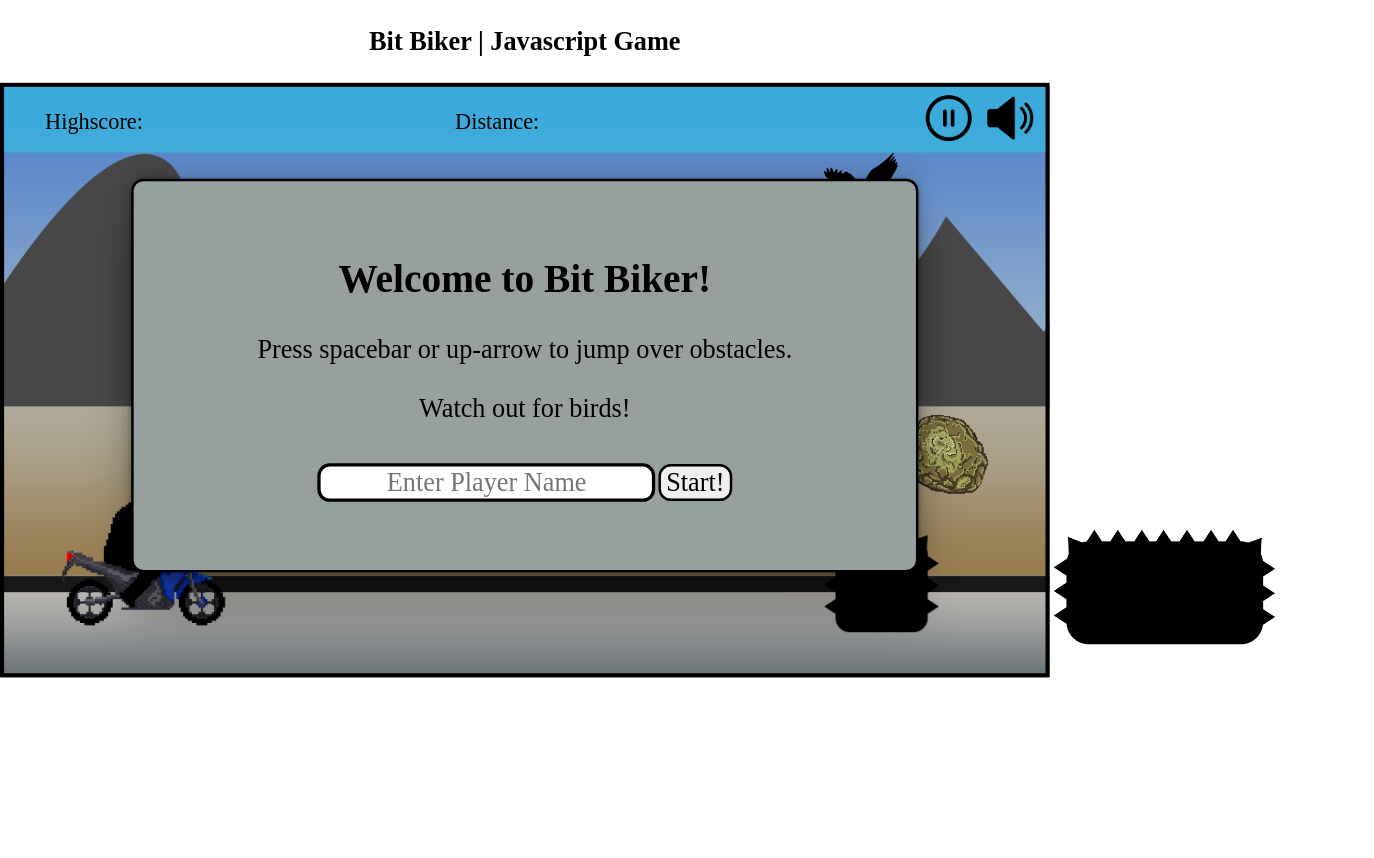
Repository: jellymel0n/bit-biker
Page: index.html
These files come from the project's save history. The page is drawn as it stood at one moment and after the next save; the edit follows.
The browser window is 1280 px wide. The page is 1555 px wide, then 1675 px, so the pictures cover 1675 px, including what lies to the right of the window. The pictures show the whole page, at 82% of full size.

Above is the page before, as saved 2021-07-07 14:39:27.

### index.html
<!DOCTYPE html>
<html lang="en">
<head>
    <meta charset="UTF-8">
    <meta http-equiv="X-UA-Compatible" content="IE=edge">
    <meta name="viewport" content="width=device-width, initial-scale=1.0">
    <!-- CSS reset/normalize -->
    <link rel="stylesheet" href="styles/normalize-fwd.css">
    <!-- Local CSS -->
    <link rel="stylesheet" href="styles/styles.css">
    <title>Bit Biker | Javascript Game</title>
</head>
<body>
    <h1>Bit Biker | Javascript Game</h1>

    <main id="game-board">
        <div id="song">
            <audio id='song-playback' currentTime=''>
                <source src="assets/music/run-song.mp3" type="audio/mp3" />
                Your browser does not support audio playback
            </audio>
        </div>
        <!-- Game board header -->
        <div id='game-header'>
            <p id='highscore-text'>Highscore: </p>
            <p id='distance-text'>Distance: </p>
            <div id='btn-pause'>
                <img src="assets/graphics/icons/pause.png" alt="pause button, circle around a pause icon">
            </div>
            <div id='btn-volume'>
                <img src="assets/graphics/icons/volume.png" alt="volume button, speaker icon">
            </div>
            <div id="btn-mute">
                <img src='assets/graphics/icons/mute.png' alt='mute button, speaker icon crossed out'>
            </div>
        </div>
        <!-- End of game board header -->

        <!-- Splash screen - intro -->
        <div id='splash-screen'>
            <h2 id='splash-header'>Welcome to Bit Biker!</h2>
            <p id='splash-text'>Press spacebar or up-arrow to jump over obstacles.<br><br>Watch out for birds!</p>

            <div id="splashInput">
                <input id='player-name' type='text' placeholder='Enter Player Name'>
                <button id='savePlayer'>Start!</button>
            </div>
        </div>
        <!-- End of splash screen -->

        <!-- Pause Screen -->
        <div id="pause-screen">
            <h2>Game Paused</h2>
            <p id='pause-text'>
                To get gameplay instructions click the "Help" button<br>
                To quit the game and go back to the splash screen click "Quit".<br>
                To go back to the game, click "X" in the top corner.</p>
            <div id="pause-close">
                <img src="assets/graphics/icons/remove.png" alt="Close icon, an X with a circle around it.">
            </div>
            <div id="pause-btns">
                <div id="help-btn">
                    <p id="help-btn-text">Help</p>
                </div>
                <div id="quit-btn">
                    <p id="quit-text">Quit</p>
                </div>
            </div>
        </div>
        <!-- End of Pause Screen -->

        <!-- Help Screen -->
        <div id="help-screen">
            <h2>Gameplay Instructions</h2>
            <p id='help-text'>
                Press the spacebar or up arrow to jump, hold to jump higher.<br>
                Avoid obstacles in the road as well as birds flying above.<br>
                Rocks cannot hurt you, only spiked blocks and birds can.
                <br>
                To mute click the speaker icon in the top corner.
            </p>
            <div id="help-btns">
                <div id="resume-btn">
                    <p>Resume</p>
                </div>
                <div id="help-quit-btn">
                    <p id="quit-text">Quit</p>
                </div>
            </div>
        </div>
        <!-- End of Help Screen -->

    </main>

<!-- jQuery CDN script-->
<script src="https://code.jquery.com/jquery-3.6.0.min.js" integrity="sha256-/xUj+3OJU5yExlq6GSYGSHk7tPXikynS7ogEvDej/m4=" crossorigin="anonymous"></script>
<!-- Local JS script -->
<script src='scripts/script.js'></script>
</body>
</html>

### styles/styles.css
h1 {
    text-align: center;
    margin: 2rem auto;
}

#game-board {
    width: 80rem;
    height: 725px;
    border: 5px solid black;
    /* border-radius: 10%; */
    margin: 0 auto;
    position: relative;
    /* overflow: hidden; */
}

/* Game board header */
div#game-header {
    display: flex;
    justify-content: space-around;
    width: 100%;
    height: 5rem;
    background-color: rgba(1, 255, 255, 0.297);

}

#highscore-text,
#distance-text {
    position: absolute;
}

#highscore-text {
    font-size: 1.7rem;
    left: 50px;
}

#distance-text {
    font-size: 1.7rem;
    left: 550px;
}

#btn-pause img {
    position: absolute;
    width: 3.5rem;
    right: 90px;
    top: 10px;
}

#btn-pause img:hover {
    transform: scale(1.1);
    cursor: pointer;
}

#btn-volume img,
#btn-mute img {
    position: absolute;
    width: 3.5rem;
    right: 15px;
    top: 10px;
}

#btn-volume img:hover,
#btn-mute img:hover  {
    transform: scale(1.1);
    cursor: pointer;
}

#btn-mute {
    display: none;
}

/* end of game board header */

/* Splash screen styles */
#splash-screen {
    width: 60rem;
    height: 30rem;
    z-index: 5;
    margin: 2rem auto;
    border: 3px solid black;
    border-radius: 15px;
    align-content: center;
    background-color: rgb(152, 159, 159);
    box-shadow: rgba(0, 0, 0, 0.25) 0px 54px 55px, rgba(0, 0, 0, 0.12) 0px -12px 30px, rgba(0, 0, 0, 0.12) 0px 4px 6px, rgba(0, 0, 0, 0.17) 0px 12px 13px, rgba(0, 0, 0, 0.09) 0px -3px 5px;
}

#splash-screen h2 {
    text-align: center;
    font-size: 3rem;
}

#splash-text {
    text-align: center;
    font-size: 2rem;
    margin: 0 1rem;
}

#splashInput {
    text-align: center;
    margin-top: 3rem;
}

input[type=text] {
    border: 4px solid black;
    border-radius: 15px;
    font-size: 2rem;
    margin: 0 auto 2rem auto;
    text-align: center;
}

button#savePlayer {
    font-size: 2rem;
    color: black;
    border: 3px solid black;
    border-radius: 15px;
}

button#savePlayer:hover {
    transform: scale(1.1);
    cursor: pointer;
}
/* End of splash screen styles */

/* Pause and Help screen styles */

#pause-screen,
#help-screen {
    display: none;
    position: relative;
    z-index: 3;
    width: 60rem;
    height: 30rem;
    margin: 2rem auto;
    border: 3px solid black;
    border-radius: 15px;
    align-content: center;
    background-color: rgb(152, 159, 159);
    box-shadow: rgba(0, 0, 0, 0.25) 0px 54px 55px, rgba(0, 0, 0, 0.12) 0px -12px 30px, rgba(0, 0, 0, 0.12) 0px 4px 6px, rgba(0, 0, 0, 0.17) 0px 12px 13px, rgba(0, 0, 0, 0.09) 0px -3px 5px;
}

#pause-screen h2,
#help-screen h2 {
    text-align: center;
    font-size: 3rem;
}

#pause-text,
#help-text {
    text-align: center;
    font-size: 2rem;
    margin: 0 1rem;
}

#pause-close img {
    position: absolute;
    width: 3.5rem;
    left: 15px;
    top: 15px;
}

#pause-close img:hover {
    transform: scale(1.1);
    cursor: pointer;
}

#pause-btns,
#help-btns{
    display: flex;
    justify-content:center;
    margin-top: 3.6rem;
}

#help-btn,
#quit-btn,
#resume-btn,
#help-quit-btn {
    border: solid 3px black;
    text-align: center;
    width: 17%;
    border-radius: 10px;
    /* height: 4rem; */
    font-size: 2rem;
    vertical-align: middle;
    font-weight: bold;
    margin: 0 3rem 0 3rem;
}

#help-btn:hover,
#quit-btn:hover,
#resume-btn:hover,
#help-quit-btn:hover {
    transform: scale(1.1);
    cursor: pointer;
    background-color: black;
    color: azure;
}

/* End of Pause and Help Screen Styles */

/* Game Objects */
.player {
    position: absolute;
    background-size: contain;
    transform-origin: center center;
}

.obstacle {
    position: absolute;
    background-size: contain;
}

.bg-layer {
    position: absolute;
}

.bg-prop {
    position: absolute;
    background-size: contain;
}

### scripts/script.js
'use strict';

const game = {
    title: 'Bit Biker',
    isRunning: false,
    playerName: '',
    obstacles: [],
    pressedKeys: [],
    bgLayers: [],
    bgProps: [],
    players:[],
    loopDuration: [1000 / 60],
    speedDuration: 1000,
    speedFrame: null,
    lastKeyFrame: null,
    gravity: 90,
    gameLevel: 0,
    song: $('#song-playback')[0],
    getPlayerName: () => {
        game.playerName = $('#player-name').val();
    },
    pauseAudio: () => {
        let song = $('#song-playback');
        song.trigger("pause");
    },
    resetAudio: () => {
        let song = $('#song-playback');
        song [0].currentTime = 0;
        song.trigger("pause");

    },
    playAudio: () => {
        let song = $('#song-playback');
        song.trigger("play");
    },
    setup: () => {
        $(document).on('keydown',event => {
            if (event.which === 32) {
                event.preventDefault();
                if (game.pressedKeys.indexOf(32) < 0) {
                    game.pressedKeys.push(32);
                    console.log('spacebar down');
                    game.players[0].position[1] -= 10;
                }
            }
            else if (event.which === 38) {
                event.preventDefault();
                if (game.pressedKeys.indexOf(38) < 0) {
                    game.pressedKeys.push(38);
                    console.log('up-arrow down');
                }
            }
          });
        $(document).on('keyup', event => {
            if(event.which === 32 && game.pressedKeys.indexOf(32) >= 0) {
                game.pressedKeys.splice(game.pressedKeys.indexOf(32),1);
                game.pressedKeys= [];
                console.log('spacebar up');
            }
            else if (event.which === 38 && game.pressedKeys.indexOf(38) >= 0) {
                game.pressedKeys.splice(game.pressedKeys.indexOf(38),1);
                game.pressedKeys = [];
                console.log('up-arrow up');
            }
        });
    },

    startGame: (duration) => {
        if (duration > 0) {
            game.loopDuration = duration;
        }
        game.isRunning = true;
        window.requestAnimationFrame(game.animationFrameLoop);
    },

    stopGame: () => {
        game.isRunning = false;
        game.lastKeyFrame = null;
    },

    addBGLayer: (oBGLayer) => {
        const [left, top] = oBGLayer.position;
        const [width, height] = oBGLayer.dimensions;
        game.bgLayers.push(oBGLayer);
        const objectStyles =
            `<div id="bgLayer-${Date.now()}"
            class="${oBGLayer.classes}
            "style="width:${width}px;
            height:${height}px;
            left:${left}px;
            top:${top}px;
            background-image:url('${oBGLayer.backgroundImage}');
            z-index: -5;
            background-position-x:0px;
            background-position-y:0px;
            background-repeat: repeat-x;"
            </div>`;
        oBGLayer.$dom = $(objectStyles);
        $("#game-board").append(oBGLayer.$dom);
    },

    addBGProp: (oBGProp) => {
        const [left, top] = oBGProp.position;
        const [width, height] = oBGProp.dimensions;
        game.bgProps.push(oBGProp);
        const objectStyles =
            `<div id="bgLayer-${Date.now()}"
            class="${oBGProp.classes}
            "style="width:${width}px;
            height:${height}px;
            left:${left}px;
            top:${top}px;
            background-image:url('${oBGProp.backgroundImage}');
            z-index: -1;
            background-position-x:0px;
            background-position-y:0px;
            background-repeat: no-repeat;"
            </div>`;
        oBGProp.$dom = $(objectStyles);
        $("#game-board").append(oBGProp.$dom);
        oBGProp.$dom.css('transition',`all ${game.loopDuration / 1000}s`);
    },

    addObstacle: (oObstacle) => {
        const [left, top] = oObstacle.position;
        const [width, height] = oObstacle.dimensions;
        game.obstacles.push(oObstacle);
        const objectStyles =
            `<div id="obstacle-${Date.now()}"
            class="${oObstacle.classes}
            "style="width:${width}px;
            height:${height}px;
            left:${left}px;
            top:${top}px;
            background-image:url('${oObstacle.backgroundImage}');
            z-index: -1;
            background-position-x:0px;
            background-position-y:0px;
            background-repeat: no-repeat;"
            </div>`;
        oObstacle.$dom = $(objectStyles);
        $("#game-board").append(oObstacle.$dom);
        console.log(`Obstacle ${oObstacle} added`);
    },

    addPlayer: (oPlayer) => {
        const [left, top] = oPlayer.position;
        const [width, height] = oPlayer.dimensions;
        game.players.push(oPlayer);
        const objectStyles =
            `<div id="player-${Date.now()}"
            class="${oPlayer.classes}
            "style="width:${width}px;
            height:${height}px;
            left:${left}px;
            top:${top}px;
            background-image:url('${oPlayer.backgroundImage}');
            z-index: -1;
            background-position-x:0px;
            background-position-y:0px;
            background-repeat: no-repeat;"
            </div>`;
        oPlayer.$dom = $(objectStyles);
        $("#game-board").append(oPlayer.$dom);
    },

    animationFrameLoop: (ts) => {
        if (game.isRunning === false) {
            return;
        }
        if(game.lastKeyFrame === null) {
            game.lastKeyFrame = ts;
        }
        if(game.speedFrame === null) {
            game.speedFrame = ts;
        }
        if (ts - game.speedDuration > game.speedFrame) {

        }
        if (ts - game.loopDuration > game.lastKeyFrame) {
            const elapsedMSeconds = ts - game.lastKeyFrame;
            game.lastKeyFrame = ts;
            // Add updateposition to the obstacles, bglayers, bgprops, and player
            // console.log(`last key frame: ${game.lastKeyFrame}`);
            for (const player of game.players) {
                player.updatePosition(elapsedMSeconds);
            }
            for (const bg of game.bgLayers) {
                bg.updatePosition(elapsedMSeconds);
            }
            for (const prop of game.bgProps) {
                prop.updatePosition(elapsedMSeconds);
            }
            for (const obstacle of game.obstacles) {
                obstacle.updatePosition(elapsedMSeconds);
            }
            // if (song [0].currentTime > 0 && song [0].currentTime >= 48)
            // if (game.song.currentTime >= 5 && game.gameLevel === 0) {
            //     game.gameLevel++
            //     game.bgLayers[0].velocity -= 2;
            // }
            // if (game.song.currentTime >= 6 && game.gameLevel === 1) {
            //     game.gameLevel++
            //     game.bgLayers[0].velocity -= 2;
            // }
        }
            // if (song [0].currentTime = 0)
        window.requestAnimationFrame(game.animationFrameLoop);
    }

}



// Object classes

class Obstacle {
    constructor (
        position = [0, 0],
        dimensions = [50, 50],
        velocity = 0,
        classes = 'obstacle',
        backgroundImage = ""
     ) {
        this.position = position;
        this.dimensions = dimensions;
        this.velocity = velocity;
        this.classes = classes;
        this.backgroundImage = backgroundImage;
    }
    updatePosition(elapsedTimeMS = 1000) {
        const leftPosition = this.$dom.css("left");
        const newLeft =
          parseFloat(leftPosition.substr(0, leftPosition.length - 2)) +
          (this.velocity / 1000) * elapsedTimeMS;
        this.$dom.css("left", `${newLeft}px`);
    }
}

class BGLayer {
    constructor (
        position = [0, 0],
        dimensions = [100, 100],
        velocity = 0,
        classes = 'bg-layer',
        backgroundImage = ""
    ) {
        this.dimensions = dimensions;
        this.position = position;
        this.velocity = velocity;
        this.classes = classes;
        this.backgroundImage = backgroundImage;
    }
    updatePosition(elapsedTimeMS = 1000) {
        const leftPosition = this.$dom.css("background-position-x");
        const newLeft =
          parseFloat(leftPosition.substr(0, leftPosition.length - 2)) +
          (this.velocity / 1000) * elapsedTimeMS;
        this.$dom.css("background-position-x", `${newLeft}px`);
    }
}

class BGProp {
    constructor (
        position = [0, 0],
        dimensions = [100, 100],
        velocity = 0,
        classes = 'bg-prop',
        backgroundImage = ""
    ) {
        this.dimensions = dimensions;
        this.position = position;
        this.velocity = velocity;
        this.classes = classes;
        this.backgroundImage = backgroundImage;
    }
    updatePosition(elapsedTimeMS = 1000) {
        const leftPosition = this.$dom.css("left");
        const newLeft =
          parseFloat(leftPosition.substr(0, leftPosition.length - 2)) +
          (this.velocity / 1000) * elapsedTimeMS;
        this.$dom.css("left", `${newLeft}px`);
    }
}

class Player {
    constructor (
        position = [0, 0],
        dimensions = [100, 100],
        velocity = 0,
        classes = 'player',
        backgroundImage = "",
        jumpMax = 190
    ) {
        this.dimensions = dimensions;
        this.position = position;
        this.velocity = velocity;
        this.classes = classes;
        this.backgroundImage = backgroundImage;
        this.currentJump = 0;
        this.jumpMax = jumpMax;
        this.isJumping = false;
    }
    updatePosition(elapsedTimeMS = 500) {
        if(game.pressedKeys[0] === 32 && this.isJumping === false) {
            if(this.currentJump < this.jumpMax) {
                this.currentJump += 10;
                this.position[1] -= 25;
                this.$dom.css('transform', 'rotate(-45deg)');
                this.isJumping = true;
            }
        } else if (this.currentJump > 0) {
            this.isJumping = true;
            this.position[1] = this.currentJump * 0.9;
            this.currentJump = 0;
            this.jumpMax = 190;
            this.$dom.css('transform', 'rotate(0deg)');
            this.position[1] = 490;
        }
        if (this.currentJump >= this.jumpMax){
            this.$dom.css('transform', 'rotate(0deg)');
            this.position[1] = 490;
        }
        const currentPosition = this.$dom.position();
        this.velocity += game.gravity;
        let newTop = currentPosition.top + (this.velocity / 1000) * elapsedTimeMS;
        if (newTop > this.position[1]) {
            this.isJumping = false;
            this.velocity = 0;
            newTop = game.players[0].position[1];
        }
        this.$dom.css("top", `${newTop}px`);
    }
}

// End of object classes

// Object instantiation
const farBG = new BGLayer(
    [-5, 0], //position
    [1280, 390], //dimensions
    -25, //velocity
    undefined, // classes
    "assets/graphics/backgrounds/mountain-sky.png" //bg-image
);
game.addBGLayer(farBG);

const mediumBG = new BGLayer(
    [-5, 390],
    [1280, 206],
    -40,
    undefined,
    "assets/graphics/backgrounds/bg-background-floor.png"
);
game.addBGLayer(mediumBG);

const ground = new BGLayer(
    [-5, 596],
    [1280, 124],
    -100,
    "bg-layer bg-ground",
    "assets/graphics/backgrounds/bg-ground.png"
);
game.addBGLayer(ground);

const rock = new BGProp(
    [1100, 400],
    [100, 100],
    -100,
    undefined,
    "assets/graphics/backgrounds/rock.png"
);
game.addBGProp(rock);

const bird = new Obstacle(
    [1000, 80],
    [90, 100],
    -40,
    undefined,
    "assets/graphics/obstacles/bird.png"
);
game.addObstacle(bird);

const smallBlock = new Obstacle(
    [1000, 540],
    [140, 200],
    -100,
    undefined,
    "assets/graphics/obstacles/spiked-square.png"
);
game.addObstacle(smallBlock);

const largeBlock = new Obstacle(
    [1280, 540],
    [270, 300],
    -100,
    undefined,
    "assets/graphics/obstacles/spiked-rectangle.png"
);
game.addObstacle(largeBlock);

const player = new Player(
    [70, 490],
    [200, 450],
    0,
    undefined,
    "assets/graphics/player/biker.png"
);
game.addPlayer(player);


// Event Handlers
$('#savePlayer').on('click', () => {
    game.getPlayerName();
    $('#splash-screen').toggle();
    game.startGame();
    game.playAudio();
});

$('#btn-volume').on('click', () => {
    $('#btn-volume').toggle();
    $('#btn-mute').toggle();
    $('#song-playback').prop('muted', true);
})

$('#btn-mute').on('click', () => {
    $('#btn-volume').toggle();
    $('#btn-mute').toggle();
    $('#song-playback').prop('muted', false);
})

$('#btn-pause').on('click', () => {
    if (game.isRunning === true){
        game.pauseAudio();
        $('#pause-screen').toggle();
        game.stopGame();
    }
})

$('#pause-close').on('click', () => {
    $('#pause-screen').toggle();
    game.startGame();
    game.playAudio();

})

$('#help-btn').on('click', () => {
    $('#pause-screen').toggle();
    $('#help-screen').toggle();
})

$('#quit-btn').on('click', () => {
    game.resetAudio();
    $('#pause-screen').toggle();
    $('#splash-screen').toggle();
})

$('#resume-btn').on('click', () => {
    $('#help-screen').toggle();
    game.isRunning = true;
    game.playAudio();
})

$('#help-quit-btn').on('click', () => {
    $('#help-screen').toggle();
    $('#splash-screen').toggle();
    game.resetAudio();
})


game.setup();

Loaded but not shown: styles/normalize-fwd.css (library)

After the next save:
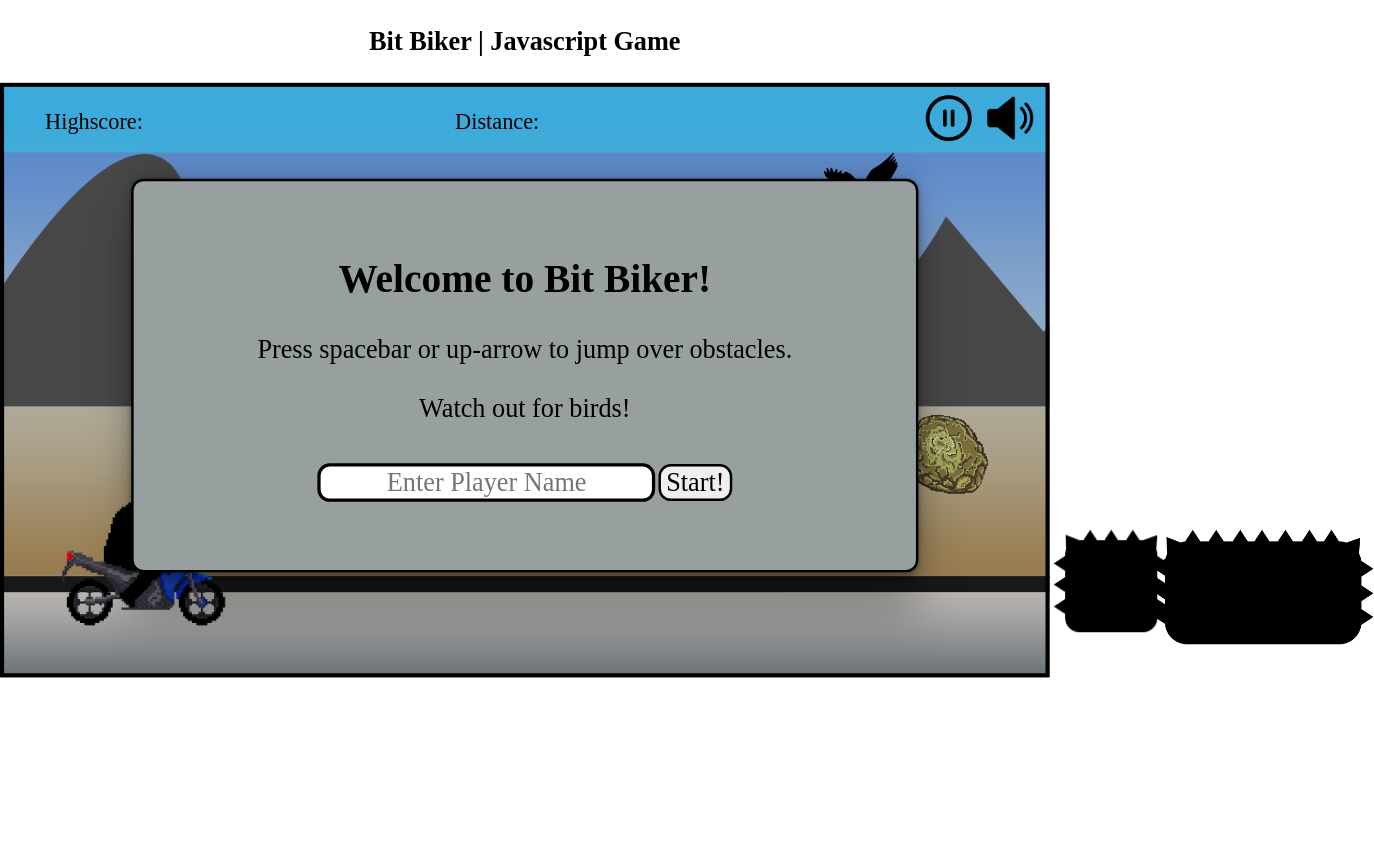
Saved 2 min 39 s later.
--- a/scripts/script.js
+++ b/scripts/script.js
@@ -382,7 +382,7 @@ const bird = new Obstacle(
 game.addObstacle(bird);
 
 const smallBlock = new Obstacle(
-    [1000, 540],
+    [1280, 540],
     [140, 200],
     -100,
     undefined,
@@ -391,7 +391,7 @@ const smallBlock = new Obstacle(
 game.addObstacle(smallBlock);
 
 const largeBlock = new Obstacle(
-    [1280, 540],
+    [1400, 540],
     [270, 300],
     -100,
     undefined,
